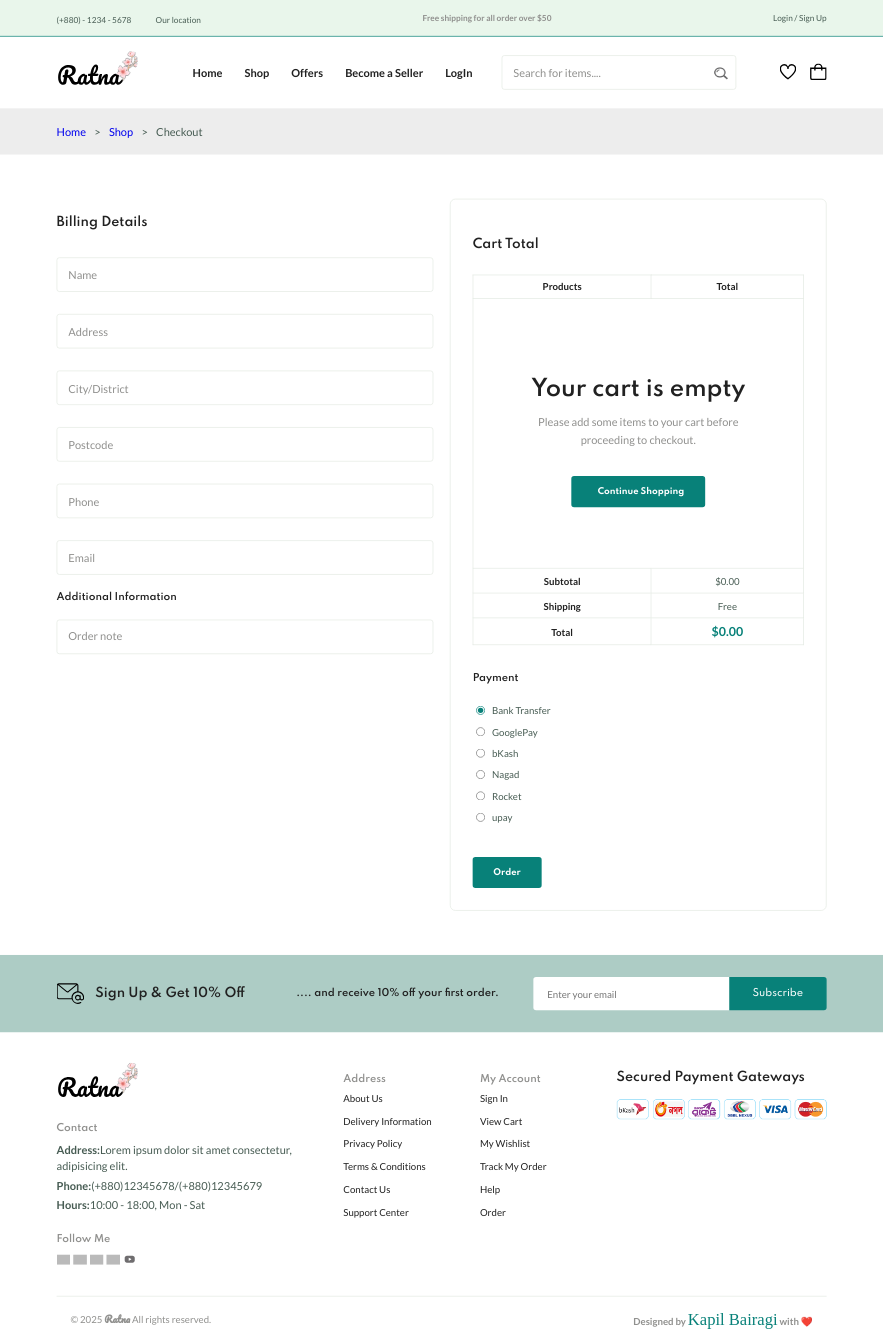
Repository: kapilbairagi/my-ecommerce-website
Page: public/checkout.html
An editor plug-in stored every save of this project. The page is shown before and after the next save, followed by the edit.
The browser window is 1280 px wide. The pictures show the whole page, at 69% of full size.
Pictures or frames that could not be fetched are drawn as grey boxes. Some icons come from a web library that is not loaded, so they are not drawn. Some web fonts or font styles are not loaded; a fallback is used.

Above is the page before, as saved 2025-10-23 22:28:35.
Console error: TypeError: Cannot read properties of null (reading 'addEventListener')

### public/checkout.html
<!DOCTYPE html>
<html lang="en">
  <head>
    <meta charset="UTF-8" />
    <meta name="viewport" content="width=device-width, initial-scale=1.0" />

     <!--=============== FLATICON ===============-->
     <link rel='stylesheet' href='https://cdn-uicons.flaticon.com/3.0.0/uicons-bold-rounded/css/uicons-bold-rounded.css'>

    <!--=============== SWIPER CSS ===============-->
    <link rel="stylesheet" href="https://cdn.jsdelivr.net/npm/swiper@10/swiper-bundle.min.css" />

    <!--=============== CSS ===============-->
    <link rel="stylesheet" href="assets/css/styles.css" />

    <link rel="icon" href="assets/img/tab-img.png" type="image/png">
    <title>Check Out</title>
  </head>
  <body>
    <!--=============== HEADER ===============-->
    <header class="header">
      <div class="header__top">
        <div class="header__container container">
          <div class="header__contact">
            <span>(+880) - 1234 - 5678</span>
            <span>Our location</span>
          </div>
          <p class="header__alert-news">
            Free shipping for all order over $50
          </p>
          <a href="login.html" class="header__top-action">Login / Sign Up</a>
        </div>
      </div>

      <nav class="nav container">
        <a href="index.html" class="nav__logo">
          <img src="assets/img/logo.svg" alt="Logo" class="nav__logo-img"/>
        </a>

        <div class="nav__menu" id="nav-menu">
          <div class="nav__menu-top">
            <a href="index.html" class="nav__menu-logo">
              <img src="assets/img/logo.svg" alt="">
            </a>

            <div class="nav__close" id="nav-close">
              <i class="fi fi-br-cross-small"></i>
            </div>
          </div>

          <ul class="nav__list">
            <li class="nav__item">
              <a href="index.html" class="nav__link">Home</a>
            </li>

            <li class="nav__item">
              <a href="shop.html" class="nav__link">Shop</a>
            </li>

            <li class="nav__item">
              <a href="offers.html" class="nav__link">Offers</a>
            </li>
            </li>
             <li class="nav__item">
              <a href="become-seller.html" class="nav__link">Become a Seller</a>
            </li>

            <li class="nav__item">
              <a href="login.html" class="nav__link">LogIn</a>
            </li>
          </ul>

          <div class="header__search">
            <input type="text" placeholder="Search for items...." class="form__input"/>
            <button type="button" class="search__btn" aria-label="Search">
              <img src="assets/img/search.png" alt="icon-search">
            </button>
          </div>
        </div>


       <div class="header__user-actions">
          <a href="wishlist.html" class="header__action-btn">
            <img src="assets/img/icon-heart.svg" alt="icon-heart">
            <span class="count"></span>
          </a>

          <a href="cart.html" class="header__action-btn">
            <img src="assets/img/icon-cart.svg" alt="icon-cart">
            <span class="count"></span>
          </a>
          <div class="header__action-btn nav__toggle" id="nav-toggle">
            <img src="assets/img/menu-burger.svg" alt="">
          </div>

        </div>
      </nav>
    </header>

    <!--=============== MAIN ===============-->
    <main class="main">
      <!--=============== BREADCRUMB ===============-->
      <section class="breadcrumb">
        <ul class="breadcrumb__list flex container">
         <li><a href="index.html" class="breadcrumb__link">Home</a></li>
         <li><span class="breadcrumb__link">></span></li>
         <li><a href="shop.html" class="breadcrumb__link">Shop</a></li>
         <li><span class="breadcrumb__link">></span></li>
         <li><span class="breadcrumb__link">Checkout</span></li>
        </ul>
      </section>

      <!--=============== CHECKOUT ===============-->
      <section class="checkout  section--lg">
        <div class="checkout__container container grid">
          <div class="checkout__group">
            <h3 class="section__title">Billing Details</h3>

            <form action="" class="form grid">
              <input type="text" placeholder="Name" class="form__input">
              <input type="text" placeholder="Address" class="form__input">
              <input type="text" placeholder="City/District" class="form__input">
              <input type="text" placeholder="Postcode" pattern="[A-Za-z0-9\s]{5,10}" class="form__input">
              <input type="tel" placeholder="Phone" pattern="[0-9]{10}" class="form__input">
              <input type="email" placeholder="Email" class="form__input">

              <h3 class="checkout__title">Additional Information</h3>
              <textarea name="" placeholder="Order note" id="" cols="30" rows="10" class="form__input textarea"></textarea>
            </form>
          </div>

          <div class="checkout__group">
            <h3 class="section__title">Cart Total</h3>

            <table class="order__table">
              <thead>
                <tr>
                  <th colspan="2">Products</th>
                  <th>Total</th>
                </tr>
              </thead>
              <tbody id="checkout-items">
                <!-- JavaScript will inject cart items here -->
              </tbody>

              <!-- You can keep these rows for subtotal, shipping, total, but give them IDs -->
              <tfoot>
                <tr>
                  <td><span class="order__subtitle">Subtotal</span></td>
                  <td colspan="2"><span class="table__price" id="checkout-subtotal">$0.00</span></td>
                </tr>
                <tr>
                  <td><span class="order__subtitle">Shipping</span></td>
                  <td colspan="2"><span class="table__price" id="checkout-shipping"></span></td>
                </tr>
                <tr>
                  <td><span class="order__subtitle">Total</span></td>
                  <td colspan="2"><span class="order__grand-total" id="checkout-total">$0.00</span></td>
                </tr>
              </tfoot>
            </table>


            <!-- payment-method -->
             <div class="payment__methods">
              <h3 class="checkout__title payment__title">Payment</h3>

              <div class="payment__option flex">
                <input type="radio" name="radio" checked class="payment__input">
                <label for="" class="payment__label">Bank Transfer</label>
              </div>

              <div class="payment__option flex">
                <input type="radio" name="radio" class="payment__input">
                <label for="" class="payment__label">GooglePay</label>
              </div>

              <div class="payment__option flex">
                <input type="radio" name="radio"  class="payment__input">
                <label for="" class="payment__label">bKash</label>
              </div>

              <div class="payment__option flex">
                <input type="radio" name="radio" class="payment__input">
                <label for="" class="payment__label">Nagad</label>
              </div>

              <div class="payment__option flex">
                <input type="radio" name="radio" class="payment__input">
                <label for="" class="payment__label">Rocket</label>
              </div>

              <div class="payment__option flex">
                <input type="radio" name="radio" class="payment__input">
                <label for="" class="payment__label">upay</label>
              </div>
             </div>
             <button class="btn btn--md">Order</button>
          </div>
        </div>
      </section>

       <!--=============== NEWSLETTER ===============-->
     <section class="newsletter section">
        <div class="newsletter__container container grid">
          <h3 class="newsletter__title flex">
            <img src="assets/img/icon-email.svg" alt="email icon" class="newsletter__icon">
            Sign Up & Get 10% Off
          </h3>

          <p class="newsletter__description">.... and receive 10% off your first order.</p>

          <form action="" class="newsletter__form">
            <input type="email" placeholder="Enter your email" class="newsletter__input">
            <button type="submit" class="newsletter__btn">Subscribe</button>
          </form>
        </div>
      </section>
    </main>

    <!--=============== FOOTER ===============-->
    <footer class="footer container">
      <div class="footer__container grid">
        <div class="footer__content">
          <a href="index.html" class="footer__logo"><img src="assets/img/logo.svg" alt="logo" class="footer__logo-img"></a>

          <h4 class="footer__subtitle">Contact</h4>

          <p class="footer__description"><span>Address:</span>Lorem ipsum dolor sit amet consectetur, adipisicing elit.</p>
          <p class="footer__description"><span>Phone:</span>(+880)12345678/(+880)12345679</p>
          <p class="footer__description"><span>Hours:</span>10:00 - 18:00, Mon - Sat</p>
          <div class="footer__social">
            <h4 class="footer__subtitle">Follow Me</h4>
            <div class="footer__social-links flex">
              <a href=""><img src="assets/img/icon-facebook.svg" alt="facebook" class="footer__social-icon"></a>
              <a href=""><img src="assets/img/icon-twitter.svg" alt="twitter" class="footer__social-icon"></a>
              <a href=""><img src="assets/img/icon-instagram.svg" alt="instagram" class="footer__social-icon"></a>
              <a href=""><img src="assets/img/icon-pinterest.svg" alt="pinterest" class="footer__social-icon"></a>
              <a href=""><img src="assets/img/icon-youtube.svg" alt="youtube" class="footer__social-icon"></a>
            </div>
          </div>
        </div>

        <div class="footer__content">
          <h4 class="footer__subtitle">Address</h4>
          <ul class="footer__links">
            <li><a href="#" class="footer__link">About Us</a></li>
            <li><a href="#" class="footer__link">Delivery Information</a></li>
            <li><a href="#" class="footer__link">Privacy Policy</a></li>
            <li><a href="#" class="footer__link">Terms & Conditions</a></li>
            <li><a href="#" class="footer__link">Contact Us</a></li>
            <li><a href="#" class="footer__link">Support Center</a></li>
          </ul>
        </div>

        <div class="footer__content">
          <h4 class="footer__subtitle">My Account</h4>
          <ul class="footer__links">
            <li><a href="login-register.html" class="footer__link">Sign In</a></li>
            <li><a href="cart.html" class="footer__link">View Cart</a></li>
            <li><a href="wishlist.html" class="footer__link">My Wishlist</a></li>
            <li><a href="#" class="footer__link">Track My Order</a></li>
            <li><a href="#" class="footer__link">Help</a></li>
            <li><a href="#" class="footer__link">Order</a></li>
          </ul>
        </div>

        <div class="footer__content">
          <h3 class="footer__title">Secured Payment Gateways</h3>
          <img src="assets/img/payment-method.png" alt="payment-method">
        </div>
      </div>

      <div class="footer__bottom">
        <p class="copyright">© 2025 <span class="brand__name">Ratna</span> All rights reserved.</p>
        <span class="designer">Designed by <span class="designer__name">Kapil Bairagi</span> with ❤️</span>
      </div>
    </footer>

     <!--=============== SWIPER JS ===============-->
    <script src="https://cdn.jsdelivr.net/npm/swiper@11/swiper-bundle.min.js"></script>

    <!--=============== MAIN JS ===============-->
    <script src="assets/js/cart-manager.js"></script>
    <script src="assets/js/wishlist-manager.js"></script>
    <script src="assets/js/main.js"></script>
  </body>
</html>

Loaded but not shown: public/assets/js/main.js (1054 lines, source omitted); public/assets/js/cart-manager.js (829 lines, source omitted); public/assets/js/wishlist-manager.js (472 lines, source omitted); public/assets/css/styles.css (4012 lines, source omitted)

After the next save:
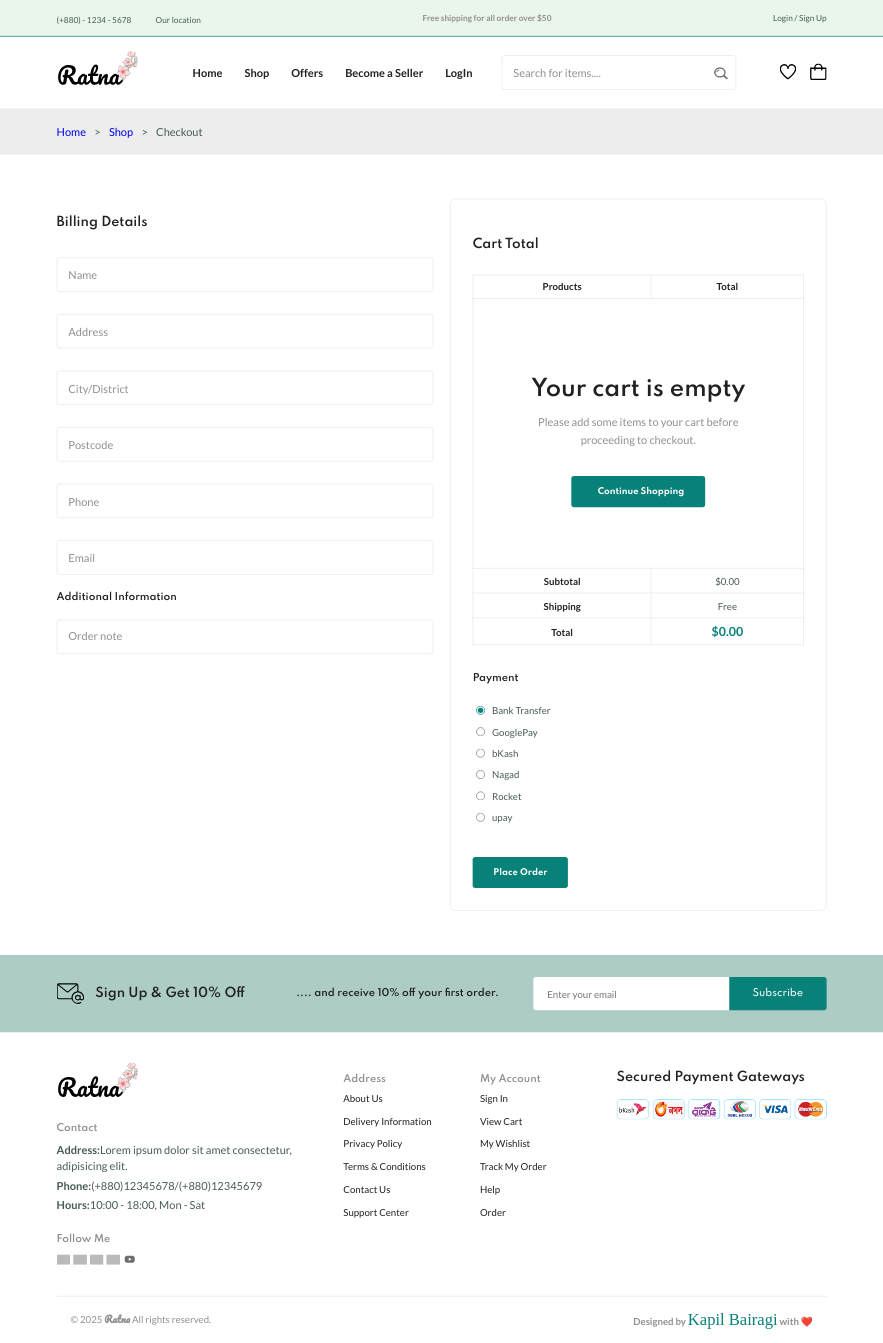
Saved 46 s later.
--- a/public/checkout.html
+++ b/public/checkout.html
@@ -195,7 +195,9 @@
                 <label for="" class="payment__label">upay</label>
               </div>
              </div>
-             <button class="btn btn--md">Order</button>
+             <button class="btn btn--md">
+                <i class="fi fi-br-box-alt"></i> Place Order
+            </button>
           </div>
         </div>
       </section>

After the save that followed:
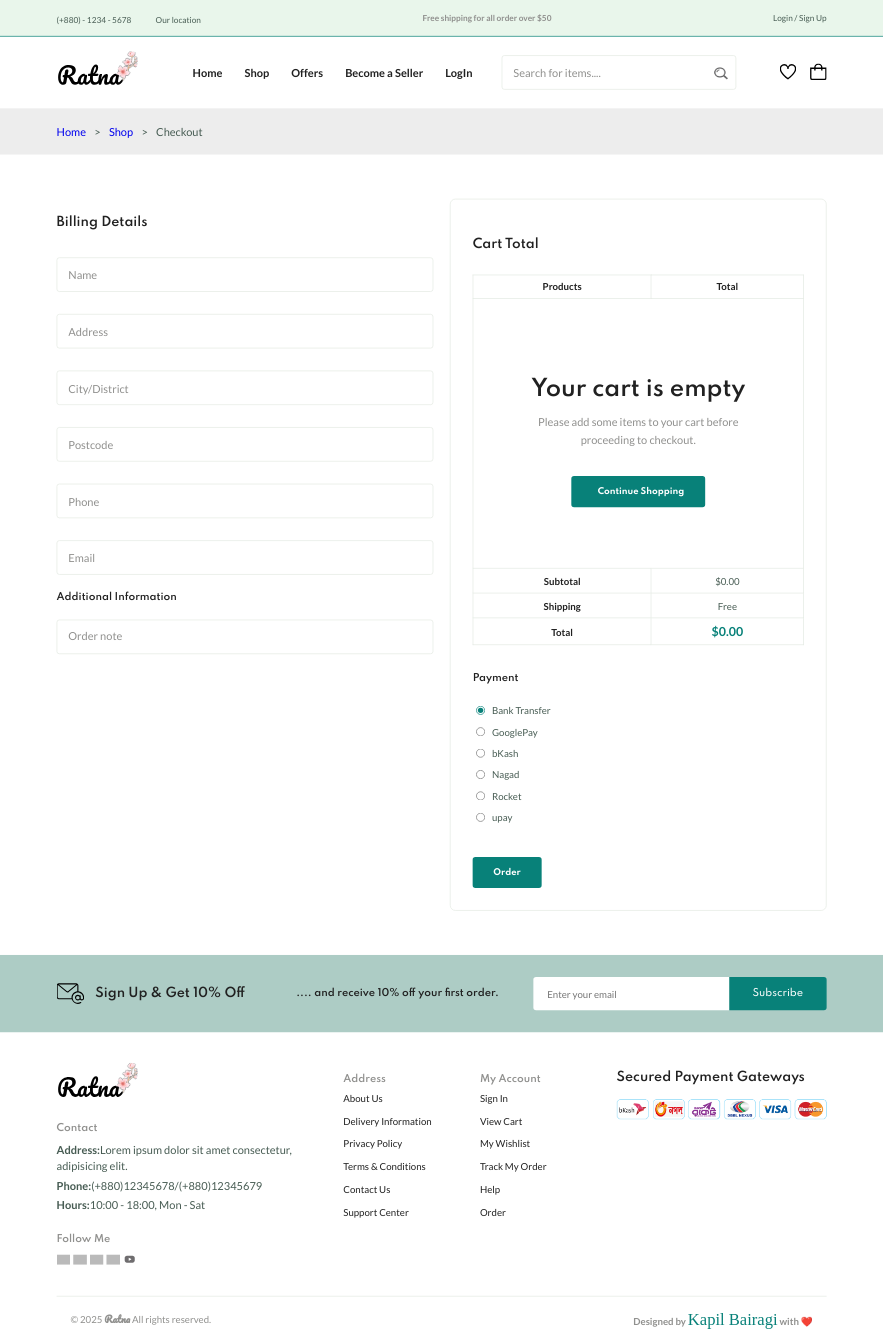
Saved 29 s later.
--- a/public/checkout.html
+++ b/public/checkout.html
@@ -195,9 +195,7 @@
                 <label for="" class="payment__label">upay</label>
               </div>
              </div>
-             <button class="btn btn--md">
-                <i class="fi fi-br-box-alt"></i> Place Order
-            </button>
+             <button class="btn btn--md">Order</button>
           </div>
         </div>
       </section>
